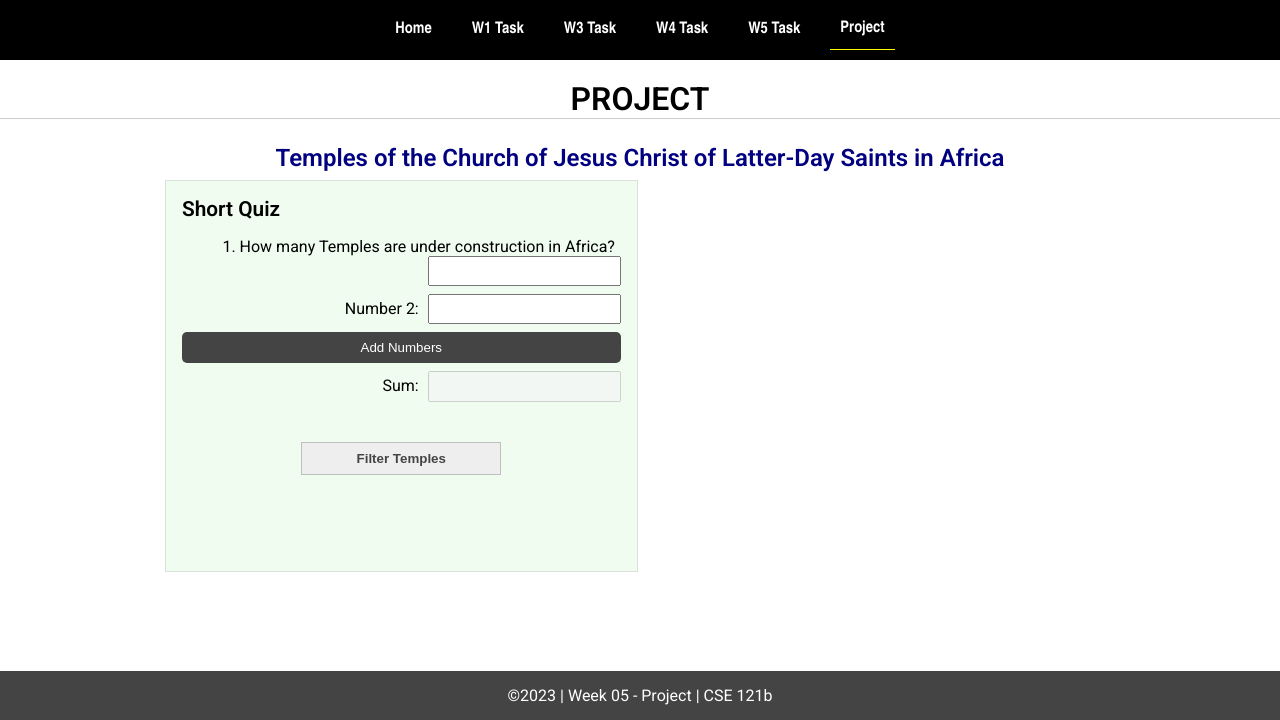
Repository: mszakutumela/cse121b
Page: Project/project.html
An editor plug-in stored every save of this project. The page is shown before and after the next save, followed by the edit.
The browser window is 1280 px wide. The pictures show the whole page.

Above is the page before, as saved 2023-10-24 14:53:51.

### Project/project.html
<!DOCTYPE html>
<html lang="en">

<head>
  <meta charset="UTF-8">
  <meta name="viewport" content="width=device-width, initial-scale=1.0">
  <title>CSE 121b | Project</title>
  <link rel="preconnect" href="https://fonts.googleapis.com">
  <link rel="preconnect" href="https://fonts.gstatic.com" crossorigin>
  <link href="https://fonts.googleapis.com/css2?family=Roboto:wght@400;600&display=swap"
    rel="stylesheet">
  <link rel="stylesheet" href="styles/main.css">
</head>

<body>
  <nav>
    <ul id="menu">
      <li><a id="toggleMenu">&equiv;</a></li>
      <li><a href="index.html">Home</a></li>
      <li><a href="w01-task.html">W1 Task</a></li>
      <li><a href="w03-task.html">W3 Task</a></li>
      <li><a href="w04-task.html">W4 Task</a></li>
      <li><a href="w05-task.html">W5 Task</a></li>
      <li><a href="project.html" class="active">Project</a></li>
    </ul>
  </nav>
  <main id="gridly">
    <h1>PROJECT</h1>
    <h2>Temples of the Church of Jesus Christ of Latter-Day Saints in Africa</h2>

    <main id="task3">
      <section id="section1">
          <article>
              <h3>Short Quiz</h3>
              <div>
                  <label for="add1">1. How many Temples are under construction in Africa?</label>
                  <input type="text" id="add1" name="add1">
              </div>
              <div>
                  <label for="add2">Number 2:</label>
                  <input type="text" id="add2" name="add2">
              </div>
              <div>
                  <input type="button" id="addNumbers" value="Add Numbers">
              </div>
              <div>
                  <label for="sum">Sum:</label>
                  <input type="text" id="sum" name="sum" disabled>
              </div>
          </article>
          <article>

    <select id="sortBy" title="Choose a data filter.">
      <option value="" disabled selected>Filter Temples</option>
      <option value="operate">Operational</option>
      <option value="Construct">Under Construction</option>
      <option value="Named">Announced</option>
      <option value="all">All Africa Temples</option>
    </select>

    <div id="temples">
    </div>
  </main>


  <footer>
    &copy;<span id="year"></span> | Week 05 - Project | CSE 121b
  </footer>
  <script src="scripts/main.js"></script>
  <script>
    document.getElementById("year").innerHTML = new Date().getFullYear();
  </script>
  <script src="project/scripts/project.js"></script>
</body>

</html>

### Project/styles/main.css
/* Universal Selector */
* {
    margin: 0;
    padding: 0;
    box-sizing: border-box;
}

/* HTML Selectors */
body {
    font-family: 'Roboto', Helvetica, sans-serif;
}

nav {
    background-color: black;
    width: 100%;
    position: fixed;
    top: 0;
}

nav ul {
    display: flex;
    flex-direction: column;
    align-items: center;
    max-width: -moz-fit-content;
    max-width: fit-content;
    margin: 0 auto;
}

nav ul li {
    flex: 1 1 auto;
}

nav ul li:first-child {
    display: block;
    font-size: 2rem;
}

nav ul li:first-child a {
    padding: 1px 10px;
}

nav ul li {
    display: none;
    list-style: none;
    margin: 10px;
}

nav ul li a {
    display: block;
    padding: 10px;
    text-decoration: none;
    font-weight: 600;
    color: white;
    text-align: center;
    font-family: 'Arial Narrow', Arial, sans-serif;
}

nav ul li a:hover {
    background-color: #efefef;
    color: black;
}

h1,
h2 {
    text-align: center;
    margin: 1rem 0 .5rem;
}

h1 {
    border-bottom: 1px solid #ccc;
}

#gridly h1 {
    margin-top: 80px;
}

h2 {
    font-size: 1.5rem;
    color: navy;
    text-align: center;
    margin-top: 25px;
}

h3 {
    font-size: 1.3rem;
    margin-bottom: 1rem;
}

header {
    margin-top: 70px;
}

picture {
    margin: 0 auto;
}

picture img {
    width: 240px;
    height: auto;
    border-radius: 5%;
    border: 1px solid #ccc;
    box-shadow: 0 0 30px #777;
}

section {
    display: flex;
    flex-direction: column;
    align-items: center;
    margin: 0 auto 1rem;
    border: 1px solid rgba(0, 0, 0, .1);
    padding: 1rem;
    background-color: #eee;
}

article {
    margin-bottom: 1rem;
}

article div {
    margin-bottom: .5rem;
    text-align: right;
}

label {
    padding: .35rem;
}

input {
    padding: .35rem;
}

input[type="button"] {
    padding: .5rem;
    background-color: #444;
    color: white;
    border: none;
    border-radius: 5px;
    cursor: pointer;
    width: 100%
}

input[type="checkbox"] {
    width: 25px;
    height: 25px;
}

dt {
    font-weight: 700;
}

dt::before {
    content: "🏘️ ";
}

dd {
    margin: 0 0 .5rem 2rem;
    font-size: smaller;
}

footer {
    background-color: #444;
    color: white;
    padding: 15px;
    text-align: center;
    width: 100%;
    position: fixed;
    bottom: 0;
}

/* Class Selectors */
.active {
    border-bottom: 1px solid yellow;
}

.open li {
    display: block;
}

.block {
    display: block;
}

.larger {
    font-size: larger;
    color: red;
}

.right {
    width: 100%;
    text-align: right;
}

.middle {
    display: flex;
    align-items: center;
    justify-content: right;
    gap: 1rem;
}

/* ID Selectors */

#home {
    margin-top: 125px;
    display: grid;
    grid-template-columns: 1fr;
    grid-gap: 20px;
    align-items: center;
    justify-content: center;
}


#section1 {
    background-color: rgb(225, 250, 225, .5);
}

#section2 {
    background-color: rgba(200, 200, 250, 0.5);

}

#section2 div {
    margin-bottom: 1rem;
}

#section3 {
    background-color: rgb(250, 225, 250, .5);
}

#sortBy {
    appearance: none;
    display: flex;
    padding: .5rem;
    background-color: #eee;
    color: #444;
    font-weight: 700;
    margin: 1rem auto;
    width: 200px;
    border: 1px solid rgba(0, 0, 0, .2);
    text-align: center;
}

#sortBy option:disabled {
    font-style: italic;
    padding: 1rem;
    background-color: #111;
    color: #eee;
}

#temples {
    display: grid;
    grid-template-columns: repeat(auto-fit, minmax(320px, 1fr));
    grid-gap: .5rem;
    align-items: center;
    margin-bottom: 3rem;
}

#temples article {
    height: 250px;
    margin: .5rem;
    border: 1px solid rgba(0, 0, 0, .1);
    padding: 1rem;
    background-color: #eee;
    display: flex;
    flex-direction: column;
    align-items: center;
    justify-content: center;
}

#temples h4 {
    color: navy;
    font-size: smaller;
}


#temples img {
    width: 250px;
    height: auto;
    box-shadow: 0 0 30px #777;
    margin: .5rem;
}

/* Media Queries */
@media only screen and (min-width: 32.5em) {
    nav ul {
        flex-direction: row;
    }

    nav ul li:first-child {
        display: none;
    }

    nav ul li {
        display: block;
    }

    section {
        min-width: 300px;
    }

    #home {
        margin: 100px auto 20px;
        grid-template-columns: 250px 1fr;
        max-width: -moz-fit-content;
        max-width: fit-content;
    }

    #task3 {
        display: grid;
        grid-template-columns: 1fr 1fr;
        grid-gap: 5px;
        margin: 0 auto;
        max-width: 950px;
    }

}

### Project/scripts/project.js
/* Project */

Loaded but not shown: Project/scripts/main.js (common file)

After the next save:
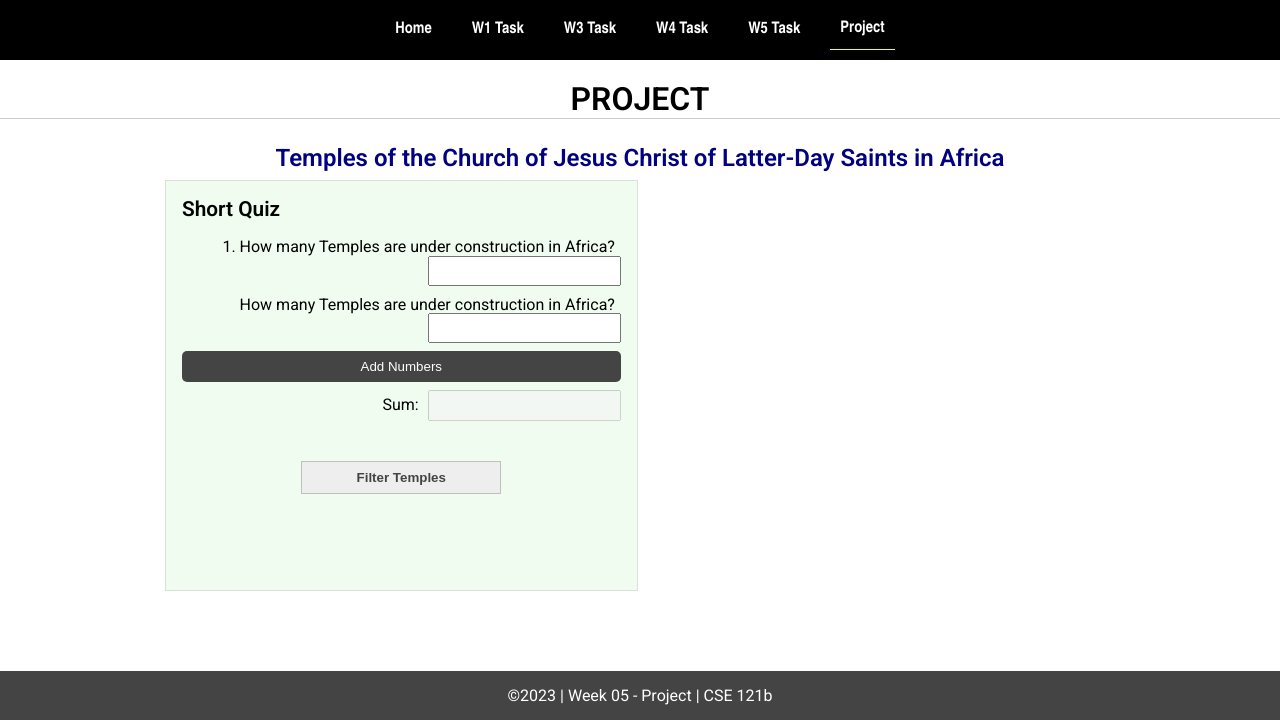
Saved 35 s later.
--- a/Project/project.html
+++ b/Project/project.html
@@ -37,7 +37,7 @@
                   <input type="text" id="add1" name="add1">
               </div>
               <div>
-                  <label for="add2">Number 2:</label>
+                  <label for="add2">How many Temples are under construction in Africa?</label>
                   <input type="text" id="add2" name="add2">
               </div>
               <div>
